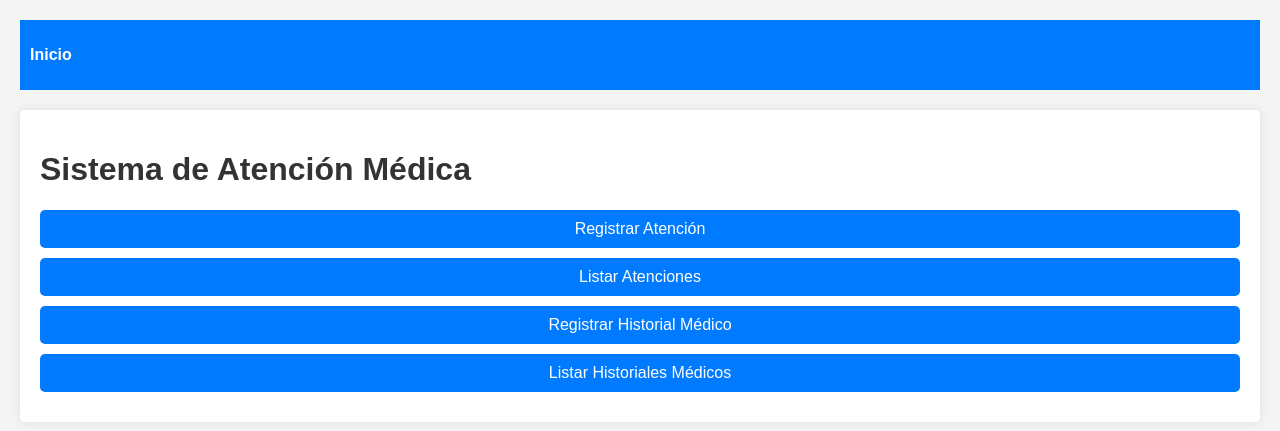
Repository: Luis-Nina21/EF-LP2
Page: http://localhost/index
The author's editor kept a copy of each file at every save. The page is drawn from the files as they stood at one save, then again after the next save.
The browser window is 1280 px wide. The pictures show the whole page.
The page is this project's Thymeleaf template; nobody is signed in. The template is opened directly, without the code that normally fills it, so the values that code supplies are empty.

Above is the page before, as saved 2024-10-24 04:31:11.

### EF-LP2-LUIS-NINA/src/main/resources/templates/index.html
<!DOCTYPE html>
<html lang="es">
<head>
    <meta charset="UTF-8">
    <meta name="viewport" content="width=device-width, initial-scale=1.0">
    <title>Sistema de Atención Médica</title>
    <style>
        body {
            font-family: Arial, sans-serif;
            margin: 20px;
            background-color: #f4f4f4;
        }

        nav {
            background-color: #007bff;
            padding: 10px;
            margin-bottom: 20px;
        }

        nav ul {
            list-style-type: none;
            padding: 0;
        }

        nav ul li {
            display: inline;
            margin-right: 15px;
        }

        nav ul li a {
            color: white;
            text-decoration: none;
            font-weight: bold;
        }

        h1 {
            color: #333;
        }

        .container {
            background-color: white;
            padding: 20px;
            border-radius: 5px;
            box-shadow: 0 0 10px rgba(0, 0, 0, 0.1);
        }

        .option {
            margin: 10px 0;
        }

        .option a {
            display: block;
            padding: 10px;
            background-color: #007bff;
            color: white;
            text-align: center;
            text-decoration: none;
            border-radius: 5px;
            transition: background-color 0.3s;
        }

        .option a:hover {
            background-color: #0056b3;
        }
    </style>
</head>
<body>
    <nav>
        <ul>
            <li><a href="/">Inicio</a></li>
        </ul>
    </nav>
    <div class="container">
        <h1>Sistema de Atención Médica</h1>
        <div class="option">
            <a href="/atenciones/registrar">Registrar Atención</a>
        </div>
        <div class="option">
            <a href="/atenciones/listar">Listar Atenciones</a>
        </div>
        <div class="option">
            <a href="/historial/registrar">Registrar Historial Médico</a>
        </div>
        <div class="option">
            <a href="/historial/listar">Listar Historiales Médicos</a>
        </div>
    </div>
</body>
</html>

After the next save:
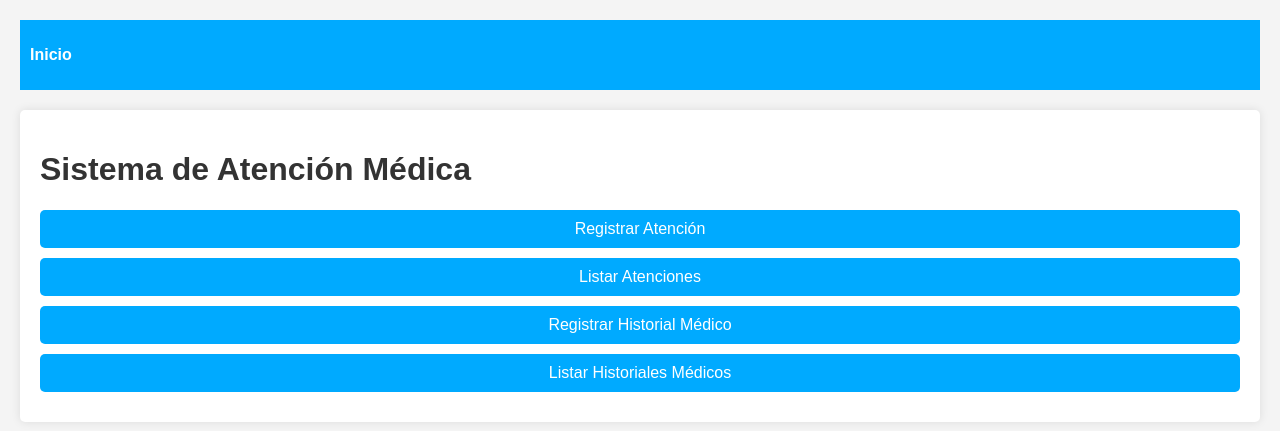
Saved 26 min 55 s later.
--- a/EF-LP2-LUIS-NINA/src/main/resources/templates/index.html
+++ b/EF-LP2-LUIS-NINA/src/main/resources/templates/index.html
@@ -12,7 +12,7 @@
         }
 
         nav {
-            background-color: #007bff;
+            background-color: #00aaff; /* Cambiado a color celeste */
             padding: 10px;
             margin-bottom: 20px;
         }
@@ -51,7 +51,7 @@
         .option a {
             display: block;
             padding: 10px;
-            background-color: #007bff;
+            background-color: #00aaff; /* Cambiado a color celeste */
             color: white;
             text-align: center;
             text-decoration: none;
@@ -60,7 +60,7 @@
         }
 
         .option a:hover {
-            background-color: #0056b3;
+            background-color: #0088cc; /* Un tono más oscuro de celeste */
         }
     </style>
 </head>
